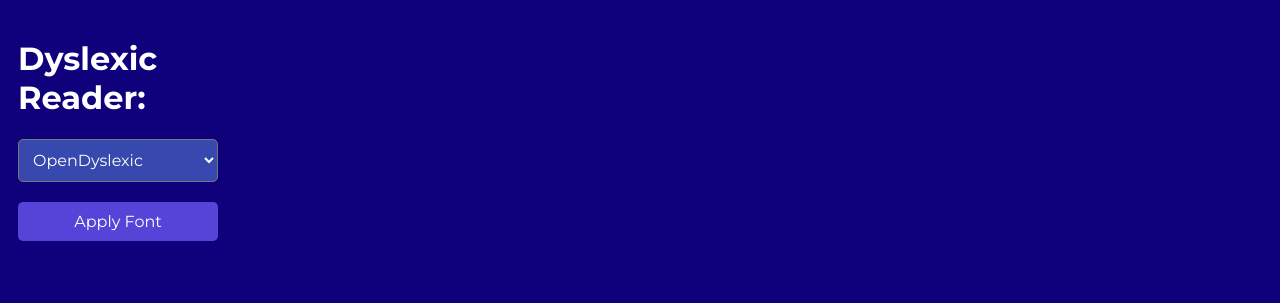
Repository: adatechschool/extension-navigateur-extension_walid_eliana_imelda
Page: extention 5/popup.html
The author's editor kept a copy of each file at every save. The page is drawn from the files as they stood at one save, then again after the next save.
The browser window is 1280 px wide. The pictures show the whole page.

Above is the page before, as saved 2024-01-19 00:49:02.

After the next save:
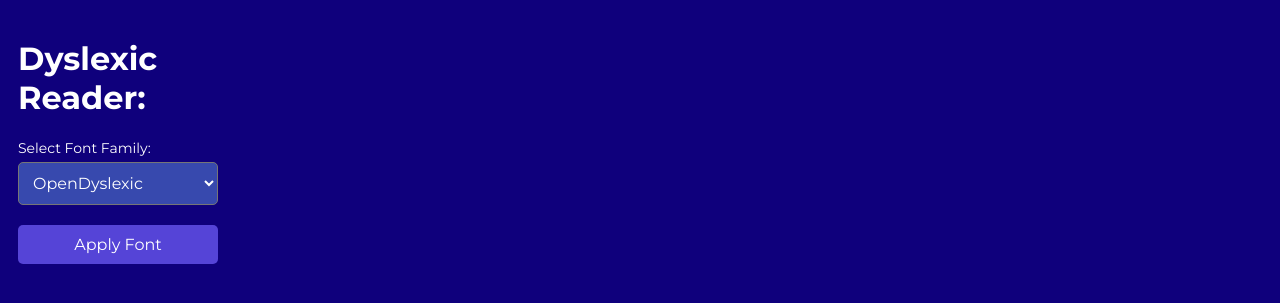
Saved 114 s later.
--- a/extention 5/popup.html
+++ b/extention 5/popup.html
@@ -11,9 +11,10 @@
 </head>
 <body>
   <h1>Dyslexic Reader:</h1>
-  <select id="fontSelector">
-    <option value="OpenDyslexic-Regular.otf">OpenDyslexic</option>
-    <option value="OpenDyslexic-Bold.otf">OpenDyslexic bold</option>
+  <label for="font-family">Select Font Family:</label>
+  <select id="font-family">
+    <option value="OpenDyslexic-Regular">OpenDyslexic</option>
+    <option value="OpenDyslexic-Bold">OpenDyslexic bold</option>
     <option value="Courier New">Courier New</option>
   </select>
   <button id="applyFont">Apply Font</button>
